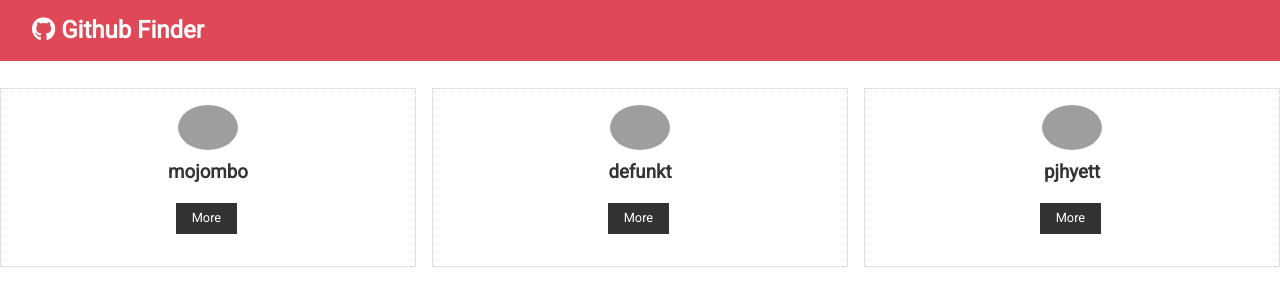
Repository: bafode/github-finder
Page: /
An editor plug-in stored every save of this project. The page is shown before and after the next save, followed by the edit.
The browser window is 1280 px wide. The pictures show the whole page.
Pictures or frames that could not be fetched are drawn as grey boxes. Some web libraries are served in a nearby version. The project was rebuilt for these pictures with package versions that can differ from the ones it lists, and the page was loaded fresh each time.

Above is the page before, as saved 2023-06-16 17:16:05.

After the next save:
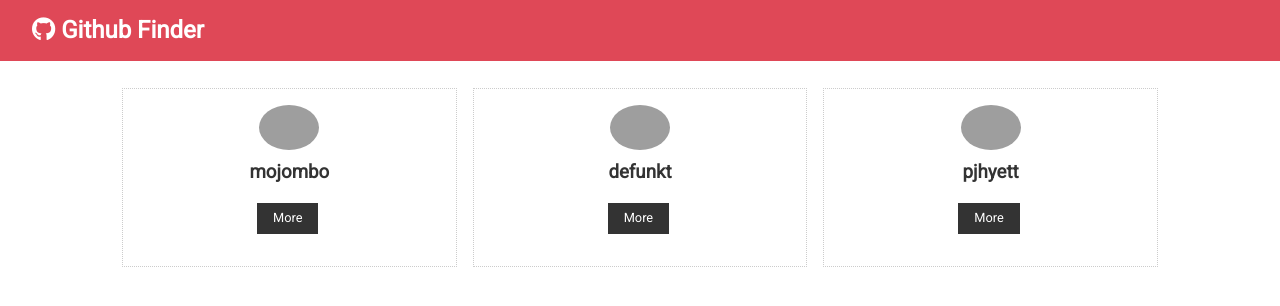
Saved 27 s later.
--- a/src/App.js
+++ b/src/App.js
@@ -9,7 +9,10 @@ class App extends Component {
     return (
       <div className="App">
         <Navbar />
+        <div className="container">
+
         <Users/>
+        </div>
       </div>
     );
   }
